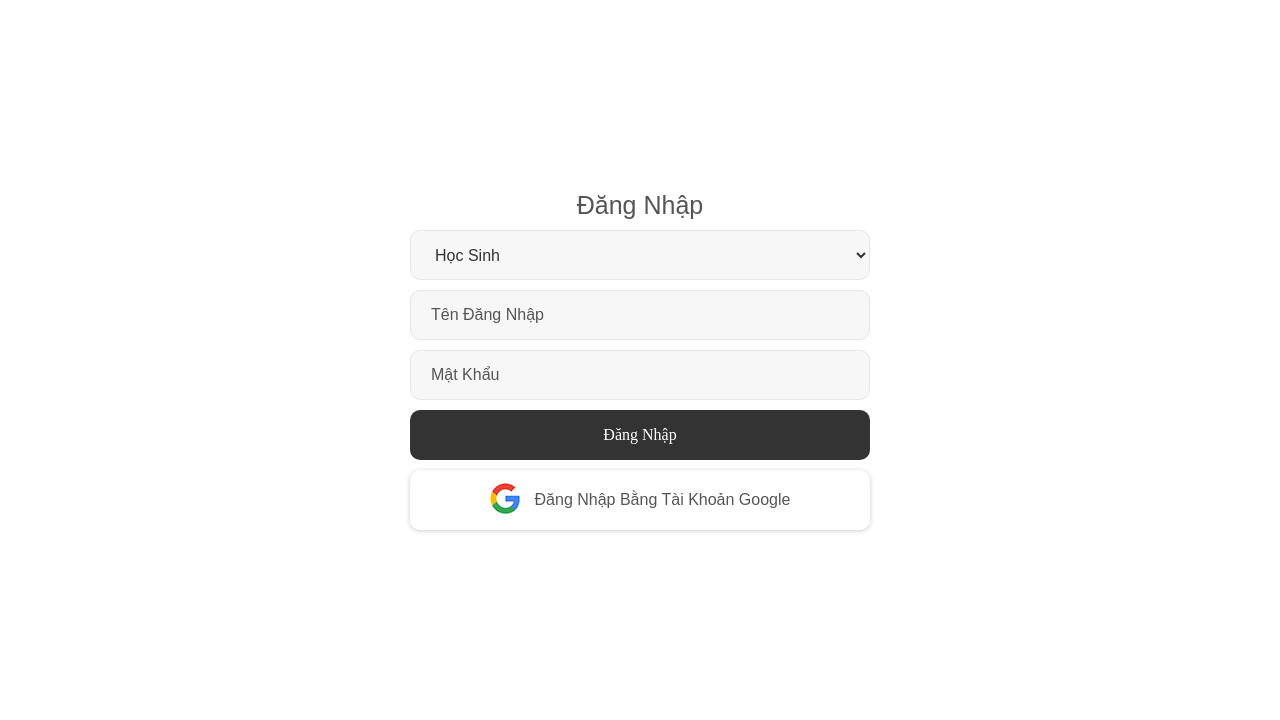
Repository: Villiteam/VueJsView
Page: /#/login
The author's editor kept a copy of each file at every save. The page is drawn from the files as they stood at one save, then again after the next save.
The browser window is 1280 px wide. The pictures show the whole page.
The project was rebuilt for these pictures with package versions that can differ from the ones it lists, and the page was loaded fresh each time. Also part of the build but not shown: src/components/HelloWorld.vue, src/views/Home.vue.

Above is the page before, as saved 2020-10-04 08:16:01.

After the next save:
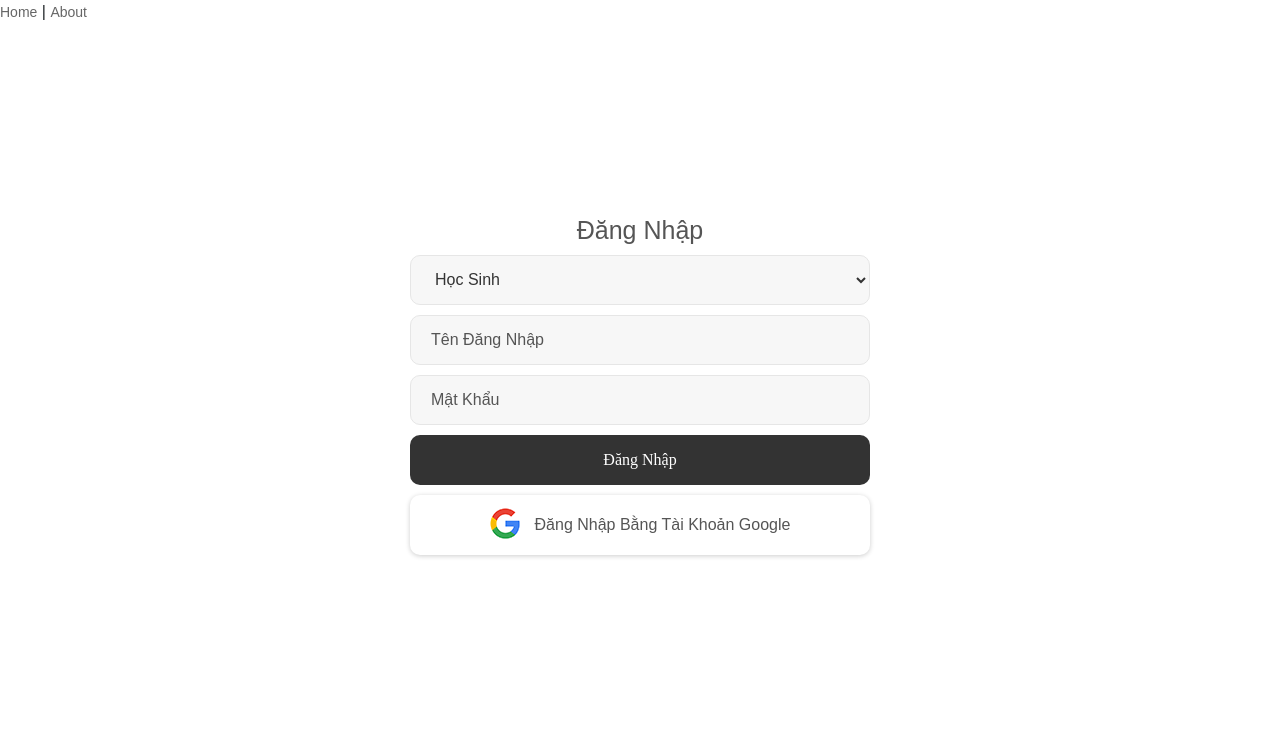
Saved 38 s later.
--- a/src/App.vue
+++ b/src/App.vue
@@ -1,5 +1,9 @@
 <template>
     <div id="app">
+        <div id="nav">
+            <router-link to="/">Home</router-link> |
+            <router-link to="/about">About</router-link>
+        </div>
         <router-view />
     </div>
 </template>

After the save that followed:
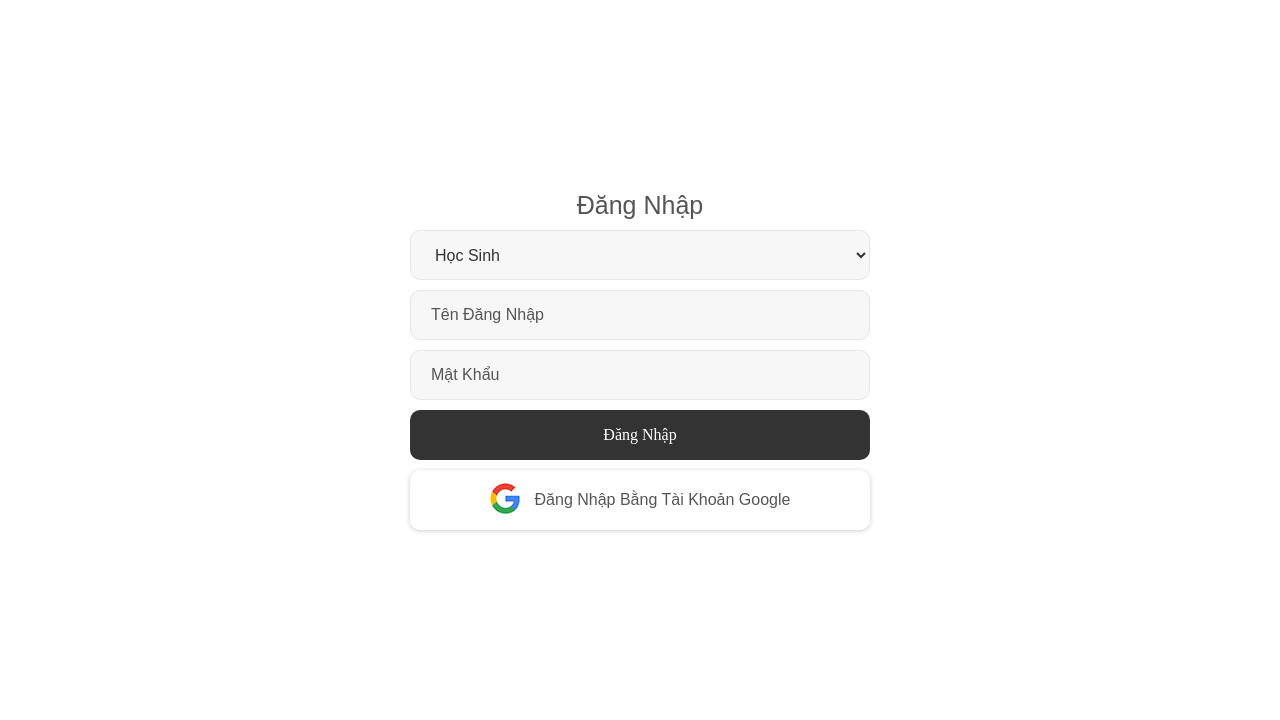
Saved 27 s later.
--- a/src/App.vue
+++ b/src/App.vue
@@ -1,9 +1,5 @@
 <template>
     <div id="app">
-        <div id="nav">
-            <router-link to="/">Home</router-link> |
-            <router-link to="/about">About</router-link>
-        </div>
         <router-view />
     </div>
 </template>
